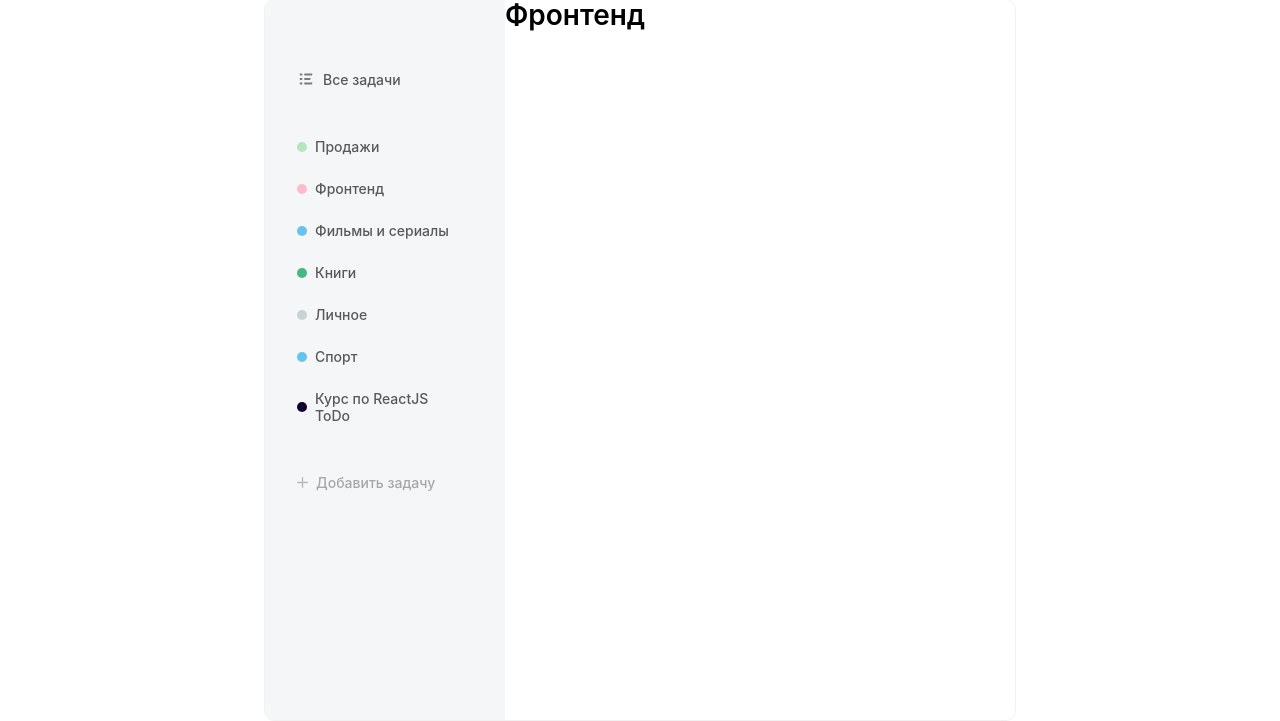
Repository: AzimAzimov/Todo
Page: /
The author's editor kept a copy of each file at every save. The page is drawn from the files as they stood at one save, then again after the next save.
The browser window is 1280 px wide. The pictures show the whole page.
The project was rebuilt for these pictures with package versions that can differ from the ones it lists, and the page was loaded fresh each time. Also part of the build but not shown: src/components/addButtonList/AddListButton.scss.

Above is the page before, as saved 2023-03-01 15:33:08.

After the next save:
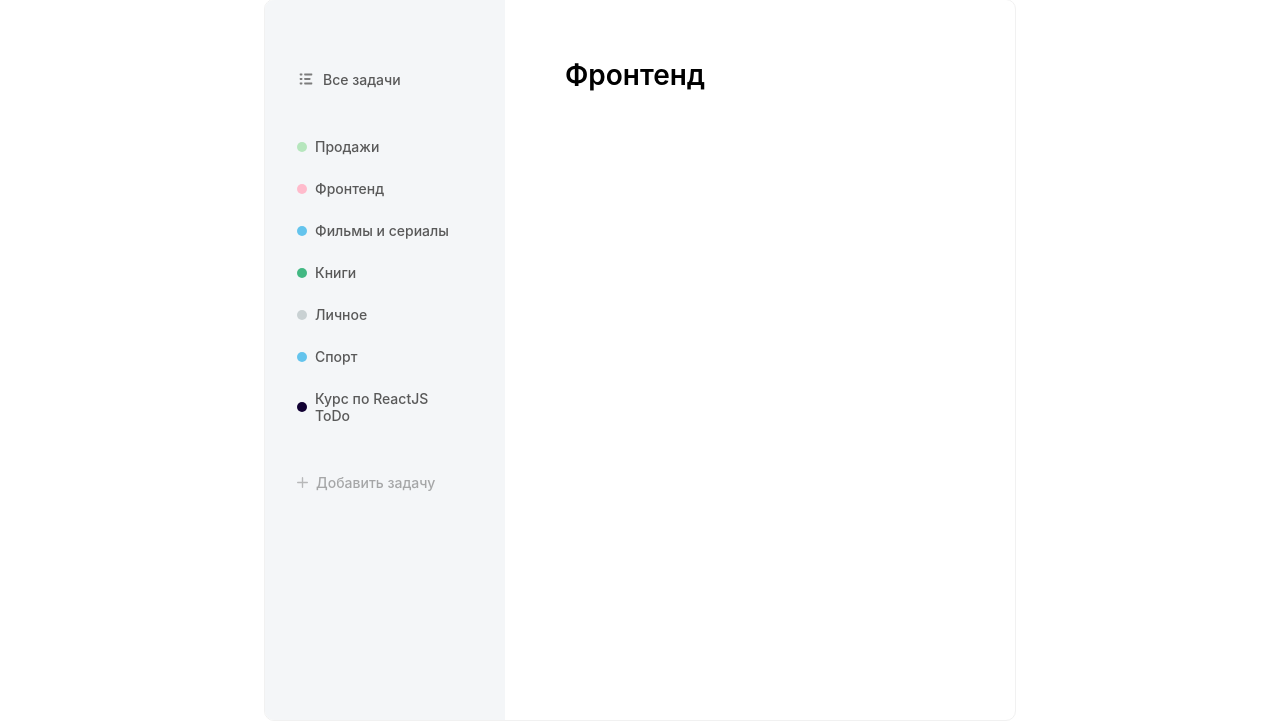
Saved 43 s later.
--- a/src/scss/index.scss
+++ b/src/scss/index.scss
@@ -30,6 +30,7 @@ body {
 
   &__tasks {
     flex: 1;
+    padding: 60px;
   }
 
 }
